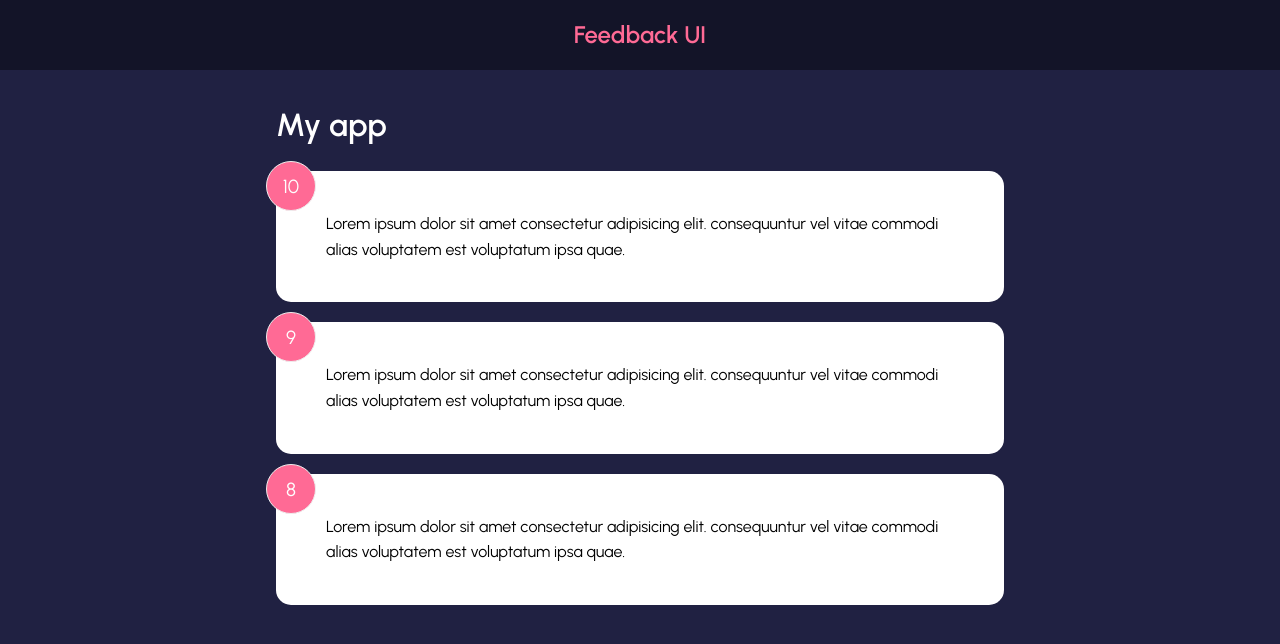
Repository: Vasil1001/feedback-project-react
Page: /
The author's editor kept a copy of each file at every save. The page is drawn from the files as they stood at one save, then again after a run of saves.
The browser window is 1280 px wide. The pictures show the whole page.
The project was rebuilt for these pictures with package versions that can differ from the ones it lists, and the page was loaded fresh each time. Also part of the build but not shown: vite.config.js.

Above is the page before, as saved 2022-12-28 22:42:21.

After the next 3 saves:
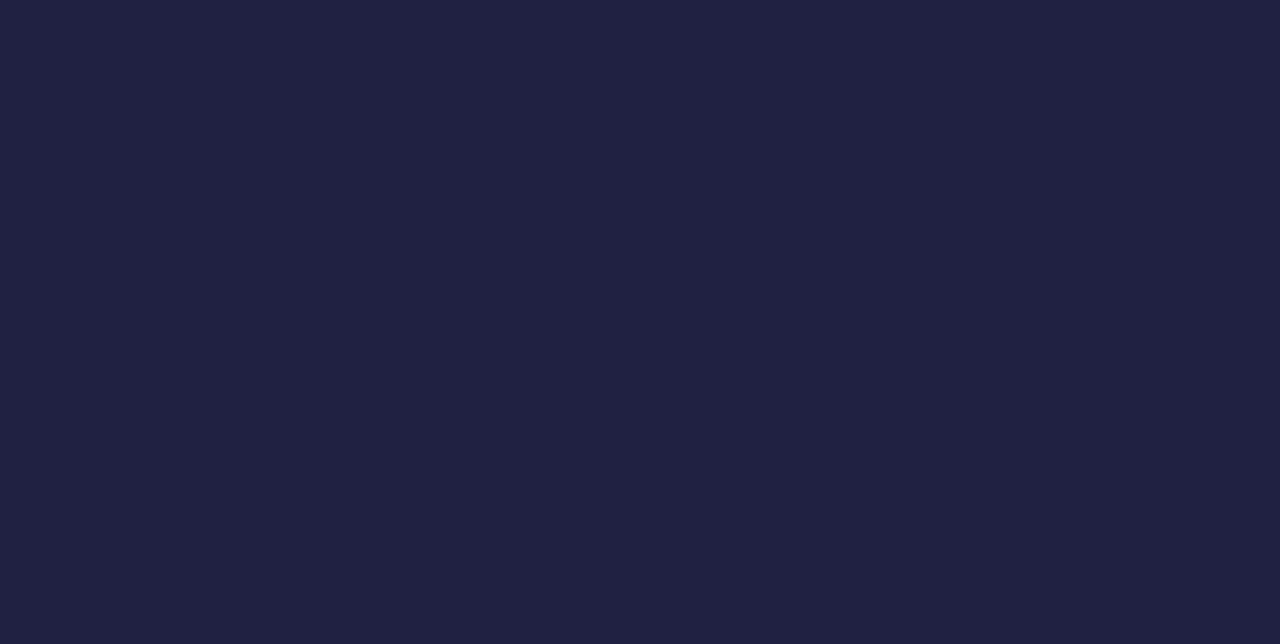
Console error: ReferenceError: Feedback is not defined
The 3 saves are shown as one change because they came seconds apart.
The last was saved 22 s later.
--- a/src/components/FeedbackList.jsx
+++ b/src/components/FeedbackList.jsx
@@ -1,5 +1,6 @@
 import React from 'react'
 import FeedbackItem from './FeedbackItem'
+import PropTypes from 'prop-types'
 
 export default function FeedbackList({ feedback }) {
     return (
@@ -11,3 +12,5 @@
         </div>
     )
 }
+
+Feedback

After the 4 saves that followed:
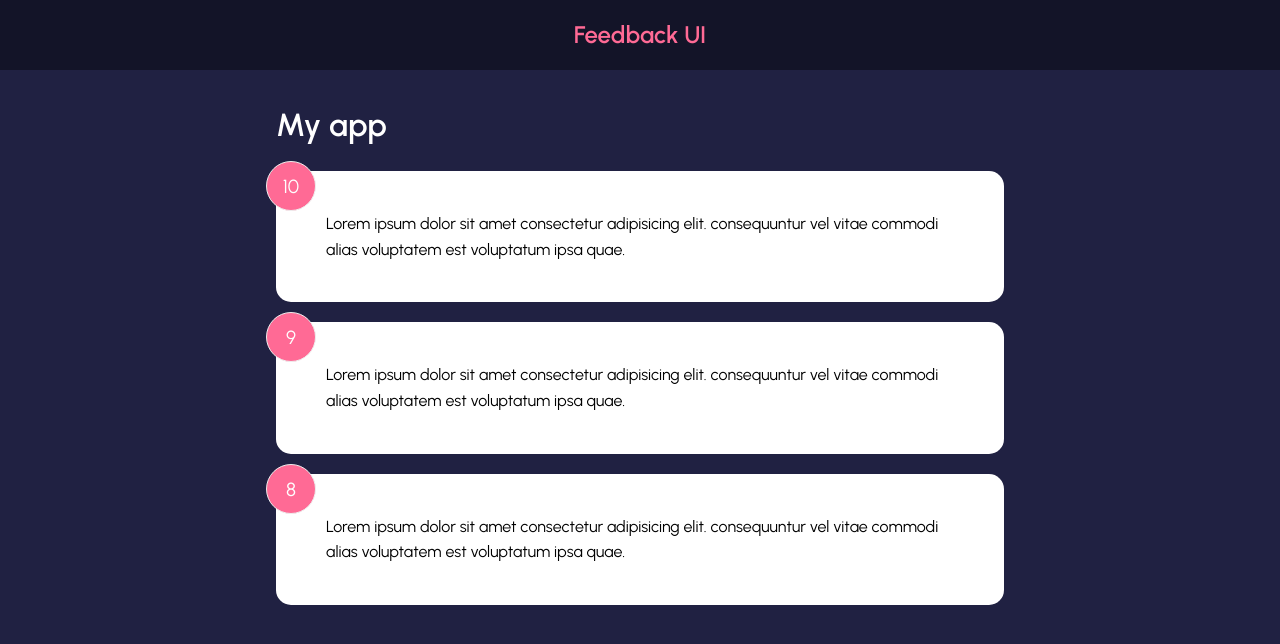
The error is gone.
The 4 saves are shown as one change because they came seconds apart.
The last was saved 15 s later.
--- a/src/components/FeedbackList.jsx
+++ b/src/components/FeedbackList.jsx
@@ -13,4 +13,6 @@
     )
 }
 
-Feedback
+FeedbackList.propTypes = {
+    feedback: PropTypes.array
+}
